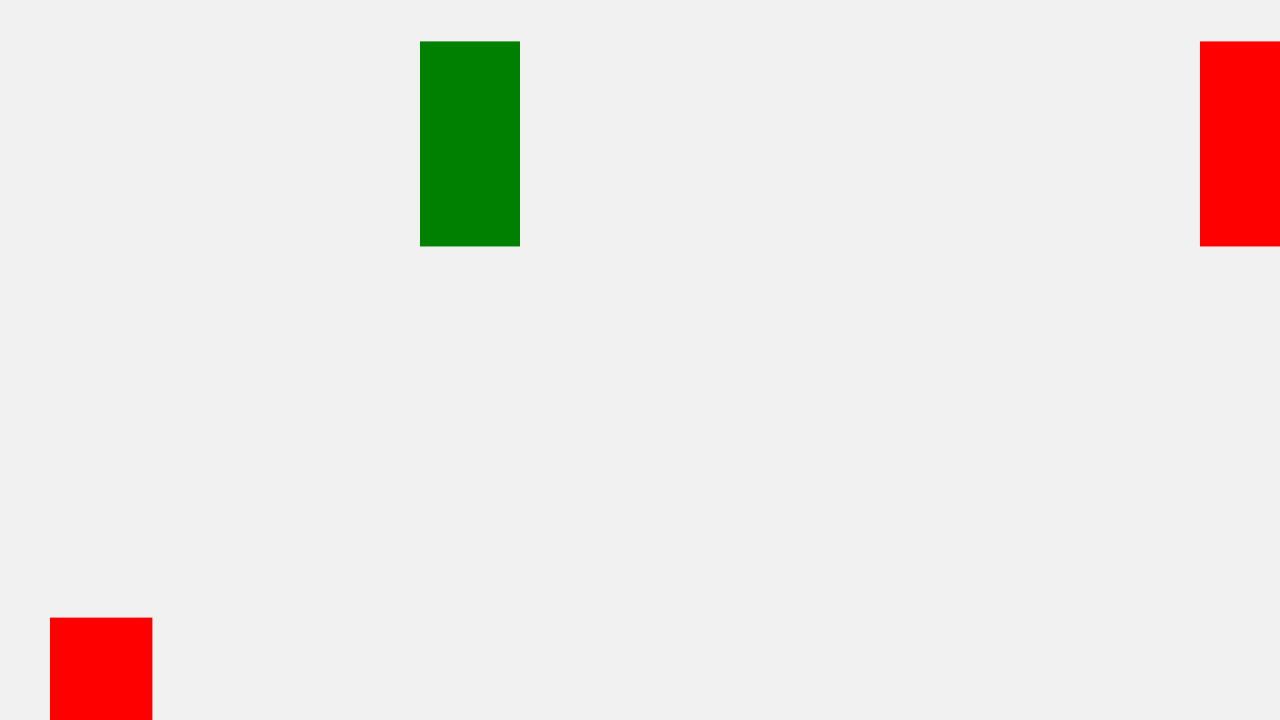
Repository: Littikrai/getF
Page: main.html
These files come from the project's save history. The page is drawn as it stood at one moment and after the next save; the edit follows.
The browser window is 1280 px wide. The pictures show the whole page.

Above is the page before, as saved 2019-03-14 20:52:55.

### main.html
<!DOCTYPE html>
<html>
<head>
    <meta charset="utf-8">
    <meta http-equiv="X-UA-Compatible" content="IE=edge">
    <title>Page Title</title>
    <meta name="viewport" content="width=device-width, initial-scale=1">
    <link rel="stylesheet" type="text/css" media="screen" href="main.css">
    <script src="main.js">

    </script>
</head>
<body onload="startGame()">
</body>
</html>

### main.css
button{
    display: block;
    margin:0 auto;
    justify-content: center;
}
html, body {
    width:  100%;
    height: 100%;
    margin: 0;
  }
  canvas {
    background-color: #f1f1f1;
    position:absolute;
    left:0px;
    top:0px;
}

### main.js
var myGamePiece;
var obj;
var obj2;
var obj3;
var obj4;
var nisit;
var precentOfHeight = window.innerHeight;
var precentOfWidth = window.innerWidth;
function startGame() {
    nisit = new component(precentOfWidth*0.08, precentOfWidth*0.08, "red", 50, (precentOfHeight-(precentOfWidth*0.08)))
    myGamePiece = new component((precentOfWidth*0.05), (precentOfWidth*0.05), "img/brush.png", 80, 0, "image");
    obj = new component(100, 200, "green", 120, 0);
    obj2 = new component(100, 200, "red", 900, 0);
    obj3 = new component(100, 200, "yellow", 700, 0);
    obj4 = new component(100, 200, "black", 450, 0);
    myGameArea.start();
}
window.addEventListener( "keydown", doKeyDown, false);
window.addEventListener( "keyup", doKeyDown, false);

var myGameArea = {
    canvas : document.createElement("canvas"),
    start : function() {
        this.canvas.width = window.innerWidth;
        this.canvas.height =  window.innerHeight;
        this.context = this.canvas.getContext("2d");
        document.body.insertBefore(this.canvas, document.body.childNodes[0]);
        this.interval = setInterval(updateGameArea, 20);

    },
    stop : function() {
        clearInterval(this.interval);
    },
    clear : function() {
        this.context.clearRect(0, 0, this.canvas.width, this.canvas.height);
    }
}

function component(width, height, color, x, y, type) {
    this.type = type;
    if (type == "image") {
        this.image = new Image();
        this.image.src = color;
    }
    this.width = width;
    this.height = height;
    this.x = x;
    this.y = y;
    this.speedX = 0;
    this.speedY = 0;
    this.gravity = 0.05;
    this.gravitySpeed = 0;
    this.update = function() {
        ctx = myGameArea.context;
        if (type == "image") {
            ctx.drawImage(this.image,
                this.x,
                this.y,
                this.width, this.height);
        } else {
            ctx.fillStyle = color;
            ctx.fillRect(this.x, this.y, this.width, this.height);
        }
    }
    this.crashWith = function(otherobj) {
        var myleft = this.x;
        var myright = this.x + (this.width);
        var mytop = this.y;
        var mybottom = this.y + (this.height);
        var otherleft = otherobj.x;
        var otherright = otherobj.x + (otherobj.width);
        var othertop = otherobj.y;
        var otherbottom = otherobj.y + (otherobj.height);
        var crash = true;
        if ((mybottom < othertop) || (mytop > otherbottom) || (myright < otherleft) || (myleft > otherright)) {
            crash = false;
        }
        return crash;
    }
    this.newPos = function() {
        this.gravitySpeed = this.gravity+5;
        this.x += this.speedX;
        this.y += this.speedY + this.gravitySpeed;
    }

}

function toptop(obj){
    if(obj.y >= window.innerHeight ){
        obj.x += 100;
        obj.y = -100;


    }
}

function updateGameArea() {
    var x = 0;
    var i = 0;
    myGameArea.clear();
    obj.newPos();
    obj.update();
    obj2.newPos();
    obj2.update();
    obj3.newPos();
    obj3.update();
    obj4.newPos();
    obj4.update();
    x += 1;
    if(x == 1){
        x -= 1;
        toptop(obj);
        obj.newPos();
        obj.update();
        toptop(obj2);
        obj2.newPos();
        obj2.update();
    console.log(x)
    }
    nisit.update();
    nisit.x += nisit.speedX;
    nisit.y += nisit.speedY;
    // else{
    //     myGameArea.clear();
    //     obj.newPos();
    //     obj.update();
    //     x += 1
    // }



    // for (i = 0; i <20; i++) {
    //         // myObstacles[i].x += 5;
    //         myObstacles.newPos();
    //         myObstacles.update();
    //  }
    // var x, y;
    // for (i = 0; i < myObstacles.length; i += 1) {
    //     if (nisit.crashWith(myObstacles[i])) {
    //         myGameArea.stop();
    //         return;
    //     }
    // }
    // myGameArea.clear();
    // myGameArea.frameNo += 1;
    // if (myGameArea.frameNo == 1 || everyinterval(150)) {
    //     x = myGameArea.canvas.width;
    //     y = myGameArea.canvas.height - 200;
    //     myObstacles.push(new component(10, 200, "green", x, y));
    //     // myObstacles.push(new component((precentOfWidth*0.05), (precentOfWidth*0.05), "img/brush.png", 80, 0, "image"));
    // }
    // for (i = 0; i < myObstacles.length; i += 1) {
    //     myObstacles[i].x += -1;
    //     myObstacles.newPos();
    //     myObstacles[i].update();
    // }
    // nisit.update();
    // nisit.x += nisit.speedX;
    // nisit.y += nisit.speedY;
}
// function updateGameArea() {
//     if (myGamePiece.crashWith(myObstacle)) {
//         myGameArea.stop();
//     } else {
//         myGameArea.clear();
//         nisit.update();
//         nisit.x += nisit.speedX;
//         nisit.y += nisit.speedY;
//         myObstacle.update();
//         myGamePiece.newPos();
//         myGamePiece.update();

//     }
// }
function doKeyDown(e) {
    if(e.type=='keydown'){
        if(e.keyCode==37){

            nisit.speedX = -5;
            return false;
        }
        else if(e.keyCode==39){

            nisit.speedX = 5;
            return false;
        }
    }else if(e.type=='keyup'){
        clearmove()
        return false;
    }
    return true;
}

function clearmove() {
    nisit.speedX = 0;
    nisit.speedY = 0;
}

// document.body.onkeydown = function(e){
//     alert(String.fromCharCode(e.keyCode)+" --> "+e.keyCode);
// };

After the next save:
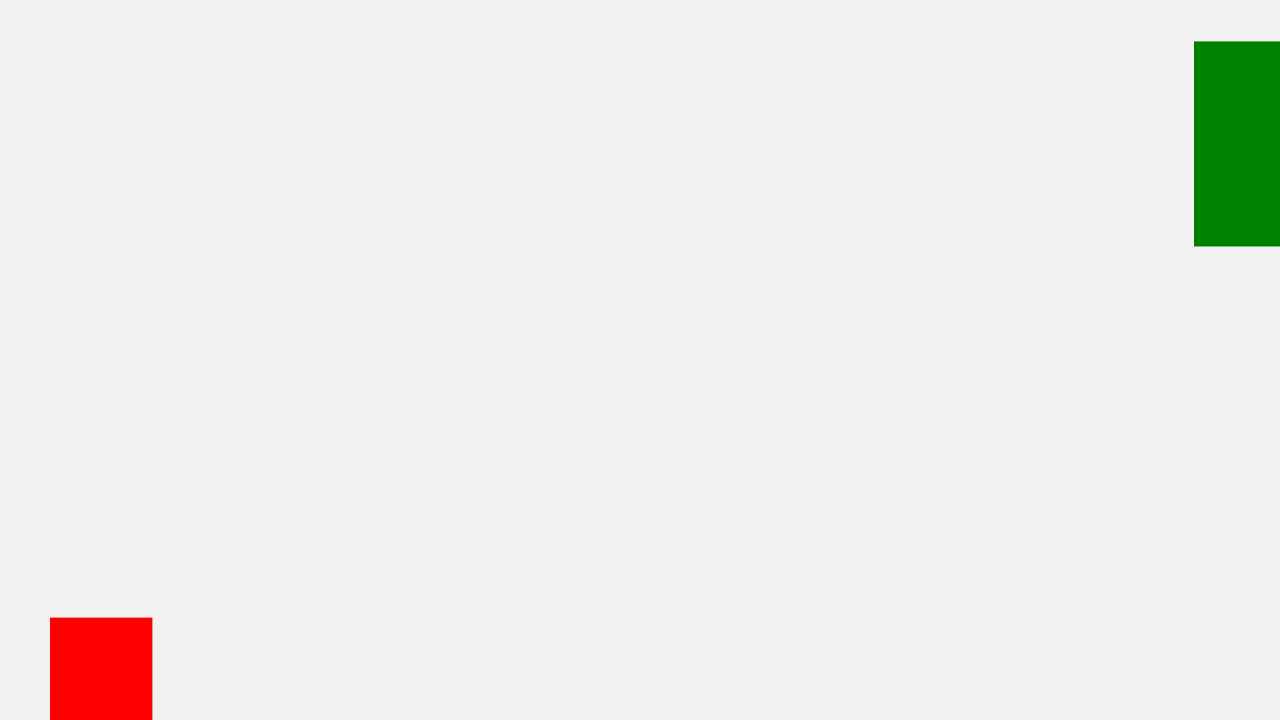
Saved 34 s later.
--- a/main.js
+++ b/main.js
@@ -87,10 +87,8 @@
 
 function toptop(obj){
     if(obj.y >= window.innerHeight ){
-        obj.x += 100;
+        obj.x += Math.floor(Math.random()*precentOfWidth);
         obj.y = -100;
-
-
     }
 }
 
